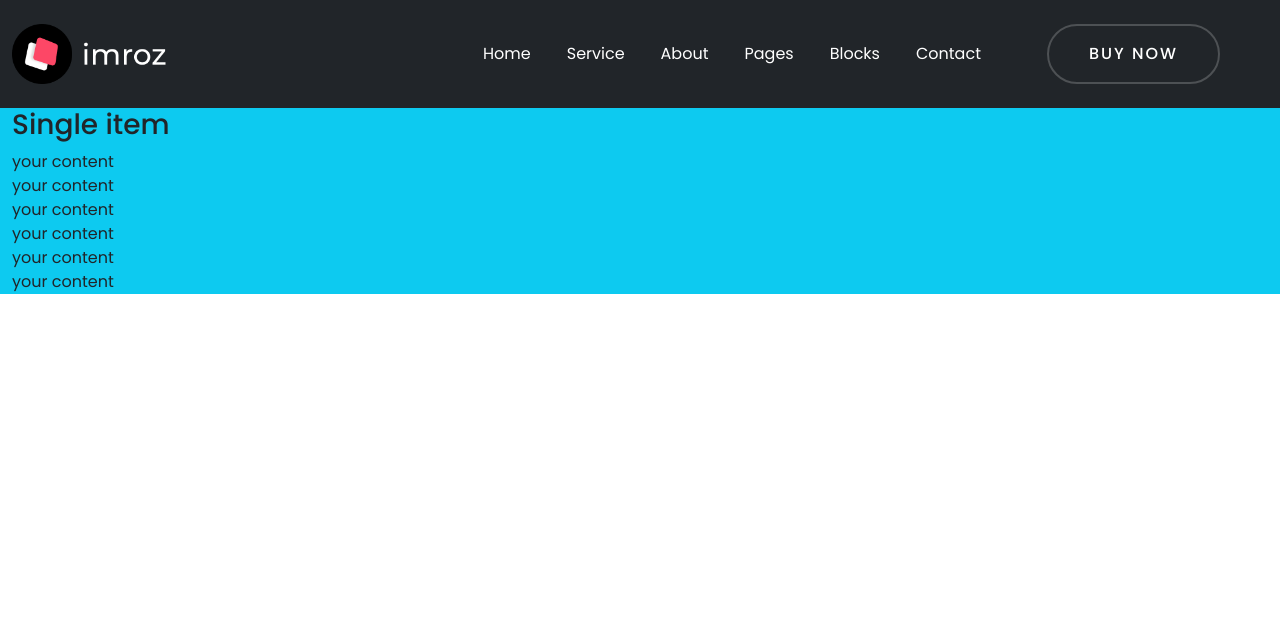
Repository: minhtrivu6199/imroz
Page: index.html
These files come from the project's save history. The page is drawn as it stood at one moment and after the next save; the edit follows.
The browser window is 1280 px wide. The pictures show the whole page.
Some web libraries are served in a nearby version.

Above is the page before, as saved 2022-09-18 16:02:40.

After the next save:
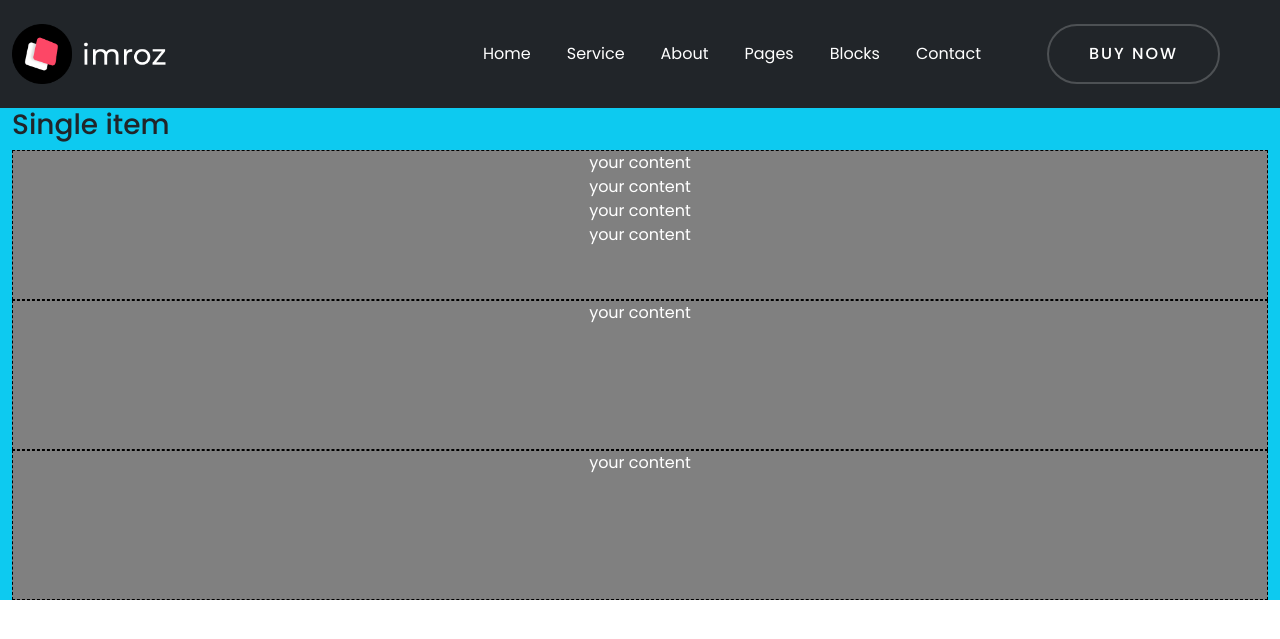
Saved 93 s later.
--- a/css/style.css
+++ b/css/style.css
@@ -89,3 +89,11 @@
 
 
 /* --------------CAROUSEL-------------- */
+
+.holder{
+    height:150px;
+    background:gray;
+    border:1px dashed #000;
+    color:#fff;
+    text-align:center;
+  }
